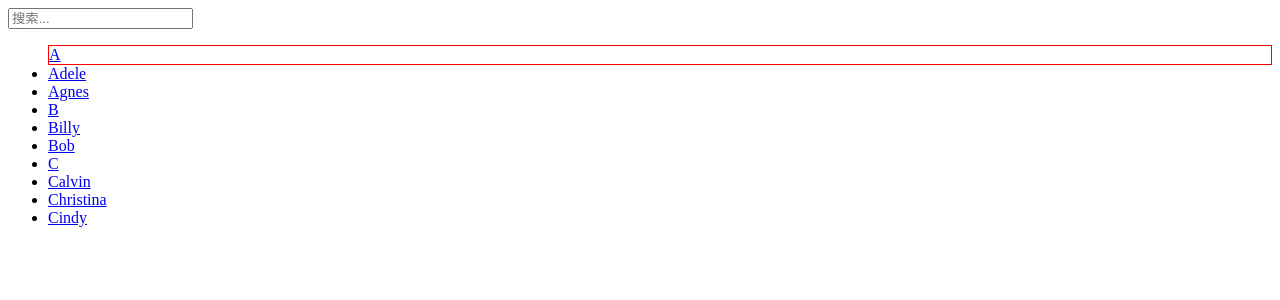
Repository: bigzheng11/selectWork
Page: 原生JS实现/原生JS实现.html
The author's editor kept a copy of each file at every save. The page is drawn from the files as they stood at one save, then again after a run of saves.
The browser window is 1280 px wide. The pictures show the whole page.

Above is the page before, as saved 2022-10-25 09:21:50.

### 原生JS实现/原生JS实现.html
<!DOCTYPE html>
<html lang="en">
    <head>
        <meta charset="UTF-8" />
        <meta http-equiv="X-UA-Compatible" content="IE=edge" />
        <meta name="viewport" content="width=device-width, initial-scale=1.0" />
        <title>Document</title>
        <style>
            li{

            }
        </style>
    </head>
    <body>
        <input
            type="text"
            id="myInput"
            onkeyup="myFunction()"
            placeholder="搜索..."
        />
        <!-- onkeyup键盘输入事件 -->

        <ul id="myUL">
            <li style="list-style-type: none">
                <div style="border: 1px solid red">
                    <a href="#" class="header">A</a>
                </div>
            </li>
            <li><a href="#">Adele</a></li>
            <li><a href="#">Agnes</a></li>
            <li><a href="#" class="header">B</a></li>
            <li><a href="#">Billy</a></li>
            <li><a href="#">Bob</a></li>
            <li><a href="#" class="header">C</a></li>
            <li><a href="#">Calvin</a></li>
            <li><a href="#">Christina</a></li>
            <li><a href="#">Cindy</a></li>
        </ul>
        <script>
            function myFunction() {
                // 声明变量
                var input, filter, ul, li, a, i;
                input = document.getElementById("myInput");
                filter = input.value.toUpperCase();
                ul = document.getElementById("myUL");
                li = ul.getElementsByTagName("li");

                let temp = 0;
                // 循环所有列表，查找匹配项
                for (i = 0; i < li.length; i++) {
                    a = li[i].getElementsByTagName("a")[0];
                    if (a.innerHTML.toUpperCase().indexOf(filter) > -1) {
                        li[i].style.display = "";
                        temp += 1;
                    } else {
                        li[i].style.display = "none";
                    }
                    if (temp == 0) {
                        console.log("没有匹配项");
                    }
                }
            }
        </script>
    </body>
</html>

After the next 5 saves:
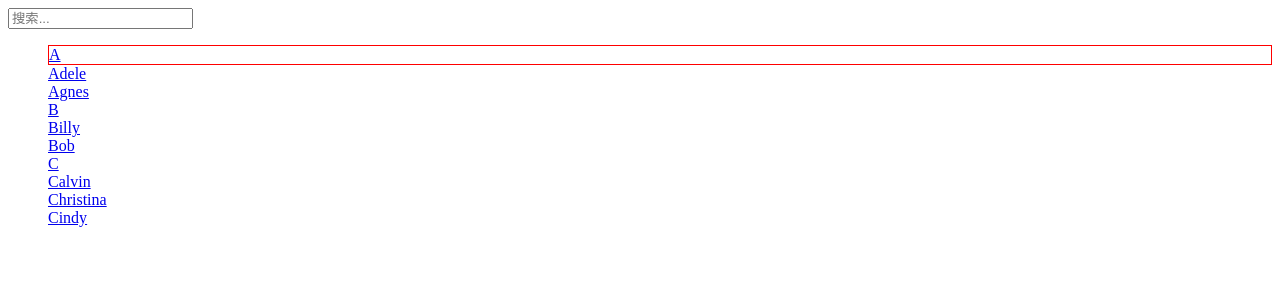
The 5 saves are shown as one change because they came seconds apart.
The last was saved 11 s later.
--- a/原生JS实现/原生JS实现.html
+++ b/原生JS实现/原生JS实现.html
@@ -6,8 +6,8 @@
         <meta name="viewport" content="width=device-width, initial-scale=1.0" />
         <title>Document</title>
         <style>
-            li{
-
+            li {
+                list-style-type: none;
             }
         </style>
     </head>
@@ -21,7 +21,7 @@
         <!-- onkeyup键盘输入事件 -->
 
         <ul id="myUL">
-            <li style="list-style-type: none">
+            <li>
                 <div style="border: 1px solid red">
                     <a href="#" class="header">A</a>
                 </div>
